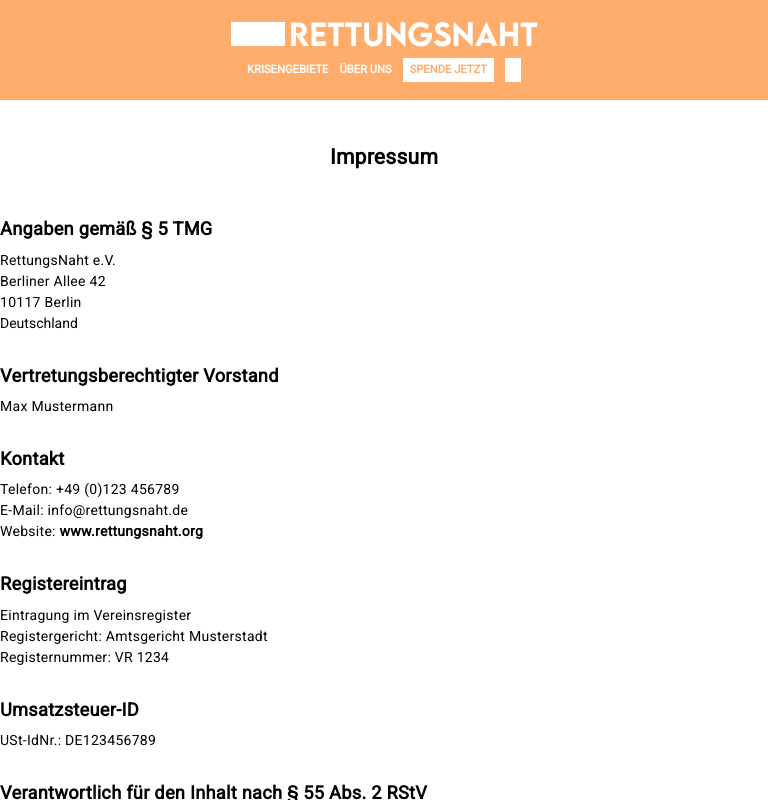
Repository: chriZVee/rettungsnaht
Page: /imprint
These files come from the project's save history. The page is drawn as it stood at one moment and after the next save; the edit follows.
The browser window is 768 px wide. The pictures show the whole page.
An inner scrolling area shows only its first screen. The project was rebuilt for these pictures with package versions that can differ from the ones it lists, and the page was loaded fresh each time. Also part of the build but not shown: vite.config.js, src/index.css, src/styles/hero.css, src/components/Hero.jsx, src/styles/form.css, src/components/form/AreaSelection.jsx, src/components/form/ContactData.jsx, src/components/form/DonationMethod.jsx and 17 more.

Above is the page before, as saved 2025-04-17 13:23:37.

### index.html
<!doctype html>
<html lang="en">

<head>
  <meta charset="UTF-8" />
  <link rel="icon" type="image/svg+xml" href="/vite.svg" />
  <meta name="viewport" content="width=device-width, initial-scale=1.0" />
  <link href="https://fonts.googleapis.com/css2?family=Roboto&display=swap" rel="stylesheet">
  <title>RETTUNGSNAHT e.V.</title>
</head>

<body>
  <div id="root"></div>
  <script type="module" src="/src/main.jsx"></script>
</body>

</html>

### src/App.jsx
import { BrowserRouter as Router, Routes, Route } from "react-router-dom";
import "./App.css";
import "./styles/global.css";
import Home from "./pages/Home";
import Confirmation from "./pages/Confirmation";
import Imprint from "./pages/Imprint";
import PrivacyPolicy from "./pages/PrivacyPolicy";

export default function App() {
  return (
    <Router>
      <Routes>
        <Route path="/" element={<Home />} />
        <Route path="/confirmation" element={<Confirmation />} />
        <Route path="/imprint" element={<Imprint />} />
        <Route path="/privacy-policy" element={<PrivacyPolicy />} />
      </Routes>
    </Router>
  );
}

### src/App.css
/* APP */
#root {
  margin: 0 auto;
}

img.seam-form {
  position: absolute;
  bottom: -4em;
  left: 0em;
  width: 120%;
  z-index: 2;
}

### src/styles/global.css
/* GLOBAL */

:root {
  /* Colors */
  --highlight: #ffad6d;
  --link-hover: #ffad6d;
  --text: #000;
  --button-unchecked: #f2f2f2;
  --button-checked: #ffad6d;
  --button-text: #fff;
  --h2: #000;
  --lightGrey: #f2f2f2;
  --warning: #ff4000;

  /* Font - not in use yet */
  --font-small: 0.8rem;
  --font-base: 1rem;
  --font-medium: 1.3rem;
  --font-ml: 1.5rem;
  --font-large: 1.8rem;
  --font-xl: 2.4rem;
  --font-xxl: 4.8rem;
  --font-h2: 2.1rem;
  --font-h1: 2.6rem;
  --font-button: 1rem;

  line-height: 1.5;
  width: auto;
}

* {
  box-sizing: border-box;
}

body,
html {
  font-size: 14px;
  font-family: "Roboto", "Segoe UI", "Helvetica Neue", sans-serif;
  background-color: white;
  /* margin reset */
  margin: 0;
  max-width: 100%;
  width: 100%;
  overflow-x: hidden;
  height: 100%;
}

@media (max-width: 480px) {
  html {
    width: fit-content;
  }
}

.header,
.footer,
.content {
  width: 100%;
}

h1,
.page-title {
  font-size: var(--font-h1);
  text-align: center;
  padding: 1.5em 0 1.5em;
  font-weight: bold;
}

@media (max-width: 1440px) {
  h1,
  .page-title {
    padding: 2em 0.5em;
    font-size: var(--font-large);
  }
}

@media (max-width: 768px) {
  h1,
  .page-title {
    padding: 2em 0.5em;
    font-size: var(--font-ml);
  }
}

h2 {
  font-size: var(--font-h2);
  font-weight: bold;
}

@media (max-width: 480px) {
  h2 {
    font-size: var(--font-ml);
  }
}

/* Margin Reset */
p,
h1,
h2 {
  margin: 0;
  letter-spacing: 0.02rem;
}
ul {
  padding: 0px;
}

img {
  max-width: 100%;
  height: auto;
  display: block;
}

a {
  color: white;
  text-decoration: none;
  font-weight: bold;
}

/* Centered Containers */
.container {
  max-width: 1440px;
  display: flex;
  flex-direction: column;
  margin: 0 auto;
}

/* Fieldset reset */
fieldset {
  border: none;
  padding: 0;
  margin: 0;
  min-inline-size: unset;
}

/* Hide elements */
.hidden {
  display: none !important;
}

@media (max-width: 768px) {
  .hide-on-mobile {
    display: none;
  }
}

.button {
  display: flex;
  padding: 0.5em 0.8em;
  background-color: var(--button-checked);
  cursor: pointer;
  font-weight: normal;
  transition: all 0.2s ease;
  font-size: var(--font-button);
  text-align: center;
  border: none;
  color: white;
}

.buttonized .deco {
  cursor: default;
}

.capitalize {
  text-transform: capitalize;
}

### src/pages/Imprint.jsx
import Page from "../components/Page";
import org from "../data/org";
import "../styles/imprint.css";

export default function Imprint() {
  return (
    <>
      <Page>
        <section className="imprint container">
          <h1>Impressum</h1>
          <div className="imprint-block">
            <h2>Angaben gemäß § 5 TMG</h2>
            <p>{org.officialName}</p> <p>{org.address}</p>
            <p>
              {org.zip} {org.city}
            </p>
            Deutschland
          </div>

          <div className="imprint-block">
            <h2>Vertretungsberechtigter Vorstand</h2>
            <p>{org.chairman}</p>
          </div>

          <div className="imprint-block">
            <h2>Kontakt</h2>
            <p>Telefon: {org.tel}</p>
            <p>
              E-Mail: {org.email}
              <a href={`mailto: ${org.email}`}></a>
            </p>
            <p>
              <span>Website: </span>
              <a href={org.url} target="_blank" rel="noopener noreferrer">
                {org.url}
              </a>
            </p>
          </div>

          <div className="imprint-block">
            <h2>Registereintrag</h2>
            <p>Eintragung im Vereinsregister</p>
            <p>Registergericht: Amtsgericht Musterstadt</p>
            <p>Registernummer: VR 1234</p>
          </div>

          <div className="imprint-block">
            <h2>Umsatzsteuer-ID</h2>
            <p>USt-IdNr.: {org.ustId}</p>
          </div>

          <div className="imprint-block">
            <h2>Verantwortlich für den Inhalt nach § 55 Abs. 2 RStV</h2>
            <p>
              Max Mustermann
              <br />
              Musterstraße 12
              <br />
              12345 Musterstadt
            </p>
          </div>

          <div className="imprint-block">
            <h2>Haftung für Inhalte und Links</h2>
            <p>
              Trotz sorgfältiger inhaltlicher Kontrolle übernehmen wir keine
              Haftung für die Inhalte externer Links. Für den Inhalt der
              verlinkten Seiten sind ausschließlich deren Betreiber
              verantwortlich.
            </p>
          </div>

          <div className="imprint-block">
            <h2>Online-Streitbeilegung</h2>
            <p>
              Die Europäische Kommission stellt eine Plattform zur
              Online-Streitbeilegung (OS) bereit:{" "}
              <a
                href="https://ec.europa.eu/consumers/odr"
                target="_blank"
                rel="noopener noreferrer"
              >
                https://ec.europa.eu/consumers/odr
              </a>
            </p>
          </div>
        </section>
      </Page>
    </>
  );
}

### src/components/Page.jsx
import Header from "./Header";
import Footer from "./Footer";
import "../styles/page.css";

export default function Page({ children }) {
  return (
    <div className="page">
      <Header />
      <div className="content wrapper">
        <div className="page-content">{children}</div>
      </div>
      <Footer />
    </div>
  );
}

### src/data/org.js
/* Company Information */
const org = {
  officialName: "RettungsNaht e.V.",
  name: "RettungsNaht",
  address: "Berliner Allee 42",
  zip: "10117",
  city: "Berlin",
  email: "info@rettungsnaht.de",
  url: "www.rettungsnaht.org",
  tel: "+49 (0)123 456789",
  ustId: "DE123456789",
  chairman: "Max Mustermann",
};

export default org;

### src/styles/imprint.css
/* Imprint */

section.imprint {
  padding: 0 0 4.5em 0;
}

.imprint-block h2 {
  font-size: var(--font-medium);
  padding: 2rem 0 0.5rem 0;
}

.imprint-block:first-of-type h2 {
  padding-top: 0rem;
}

.imprint-block a {
  color: black;
}

### src/components/Header.jsx
import { Link } from "react-router-dom";
import "../styles/header.css";
import rnLogo from "../assets/rn-logo-white.svg";

function Header() {
  return (
    <header className="header container">
      <Link to="/">
        <img
          src={rnLogo}
          className="header-image"
          alt="RettungsNaht Logo"
        ></img>
      </Link>
      <nav className="nav">
        <ul className="nav-bar">
          <li>
            <Link to="/#crisis-area-section">Krisengebiete</Link>
          </li>
          <li>
            <Link to="/#about-section">Über uns</Link>
          </li>
          <li className="buttonized">
            <Link to="/#donation-form">Spende jetzt</Link>
          </li>
          <li className="buttonized deco">&nbsp;</li>
        </ul>
      </nav>
    </header>
  );
}

export default Header;

### src/components/Footer.jsx
import org from "../data/org";
import "../styles/footer.css";
import { Link } from "react-router-dom";

export default function Footer() {
  return (
    <section className="footer container">
      <div className="footer-link-container">
        <ul className="small-gap">
          <li className="buttonized deco">&nbsp;</li>
          <li className="buttonized">
            <Link to="/#donation-form">Spende jetzt</Link>
          </li>
        </ul>
      </div>
      <div className="footer-link-container lh-small">
        <ul>
          <li>
            <Link to="/imprint">Impressum</Link>
          </li>
          <li>
            <Link to="/privacy-policy">Datenschuterklärung</Link>
          </li>
        </ul>
      </div>
      <div className="copyright-container">
        <p className="copyright-note">© 2025 {org.officialName}</p>
      </div>
    </section>
  );
}

### src/styles/page.css
/* Page */

.page .page-content {
  display: flex;
  flex-direction: column;
  min-height: 100vh;
}

.page .content {
  flex: 1;
}

### src/styles/header.css
/* Header */

.header {
  background-color: var(--highlight);
  display: flex;
  flex-direction: row;
  align-items: center;
  justify-content: space-between;
  padding: 1em 0 1em 25px;
  max-width: none;
  max-height: 84px;
}

@media (max-width: 1024px) {
  .header {
    flex-direction: column;
    max-height: none;
    padding: 1.5em 1em 0.5em 1em;
  }
}

.nav-bar {
  display: flex;
  justify-content: space-between;
  align-items: center;
  gap: 1em;
  list-style: none;
  text-transform: uppercase;
  font-size: var(--font-medium);
  text-align: center;
}
@media (max-width: 1024px) {
  .nav-bar {
    font-size: var(--font-small);
  }
}
@media (max-width: 768px) {
  .nav-bar {
    font-size: var(--font-small);
  }
}
@media (max-width: 480px) {
  .nav-bar {
    justify-content: space-evenly;
    gap: 1em;
    font-size: var(--font-small);
    flex-wrap: wrap;
  }
}

.nav-bar li.buttonized {
  background-color: white;
  color: var(--highlight);
  padding: 0.3em 0.6em;
}

.nav-bar li.buttonized a {
  color: var(--highlight);
}

@media (max-width: 480px) {
  .header li.deco {
    display: none;
  }
}

### src/styles/footer.css
/* FOOTER */

section.footer {
  display: flex;
  flex-direction: row;
  align-content: center;
  justify-content: center;
  padding: 2em 0 2.5em 0;
  max-width: none;
  max-height: 136px;
  background-color: var(--highlight);
  column-gap: 4.5em;
  row-gap: 1em;
  flex-wrap: wrap;
  font-size: var(--font-base);
}

section.footer .copyright-container {
  flex-basis: 100%;
  display: flex;
  align-content: center;
  justify-content: center;
}

.footer .copyright-note {
  color: white;
  font-size: var(--font-base);
}

.footer-link-container {
  display: flex;
  align-content: center;
  justify-content: center;
  flex-wrap: wrap;
}

.footer-link-container ul {
  display: flex;
  flex-direction: row;
  align-content: center;
  justify-content: center;
  gap: 4em;
  flex-wrap: wrap;
}

.footer li {
  display: inline-block;
}

.footer-link-container li.buttonized {
  background-color: white;
  padding: 0.3em 0.6em;
}

.footer-link-container li.buttonized a {
  color: var(--highlight);
}

.footer .small-gap {
  display: flex;
  gap: 1em;
}

@media (max-width: 768px) {
  .footer-link-container ul {
    gap: 1em;
  }
  section.footer {
    justify-content: center;
    max-height: none;
    gap: 1em 1.5em;
  }
}

@media (max-width: 480px) {
  section.footer {
    justify-content: center;
    max-height: none;
    column-gap: 1em;
    row-gap: 0;
  }
}

Loaded but not shown: src/main.jsx (common file)

After the next save:
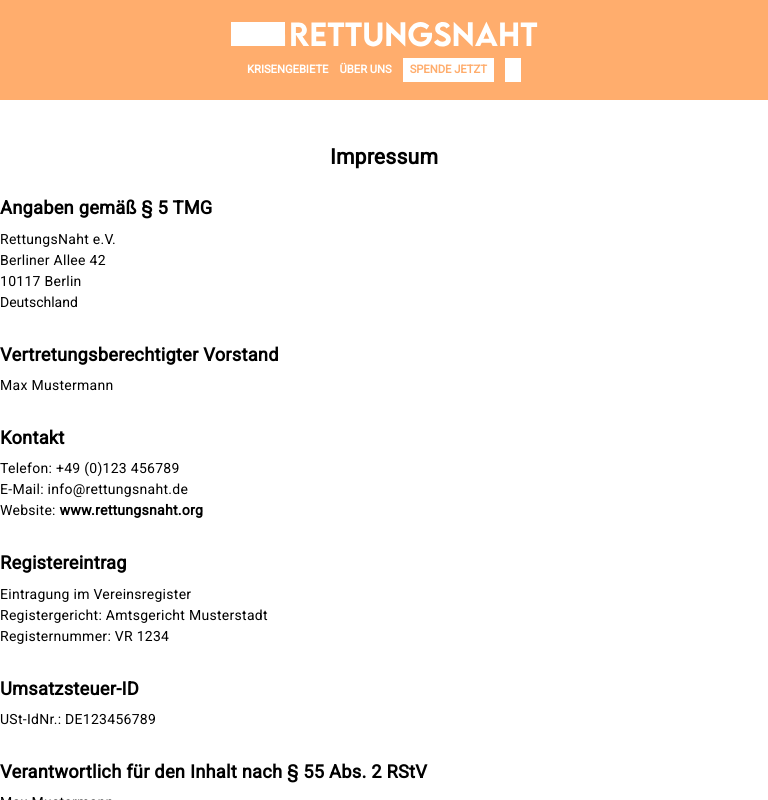
Saved 22 s later.
--- a/src/styles/global.css
+++ b/src/styles/global.css
@@ -76,7 +76,7 @@ h1,
 @media (max-width: 768px) {
   h1,
   .page-title {
-    padding: 2em 0.5em;
+    padding-bottom: 1em;
     font-size: var(--font-ml);
   }
 }
